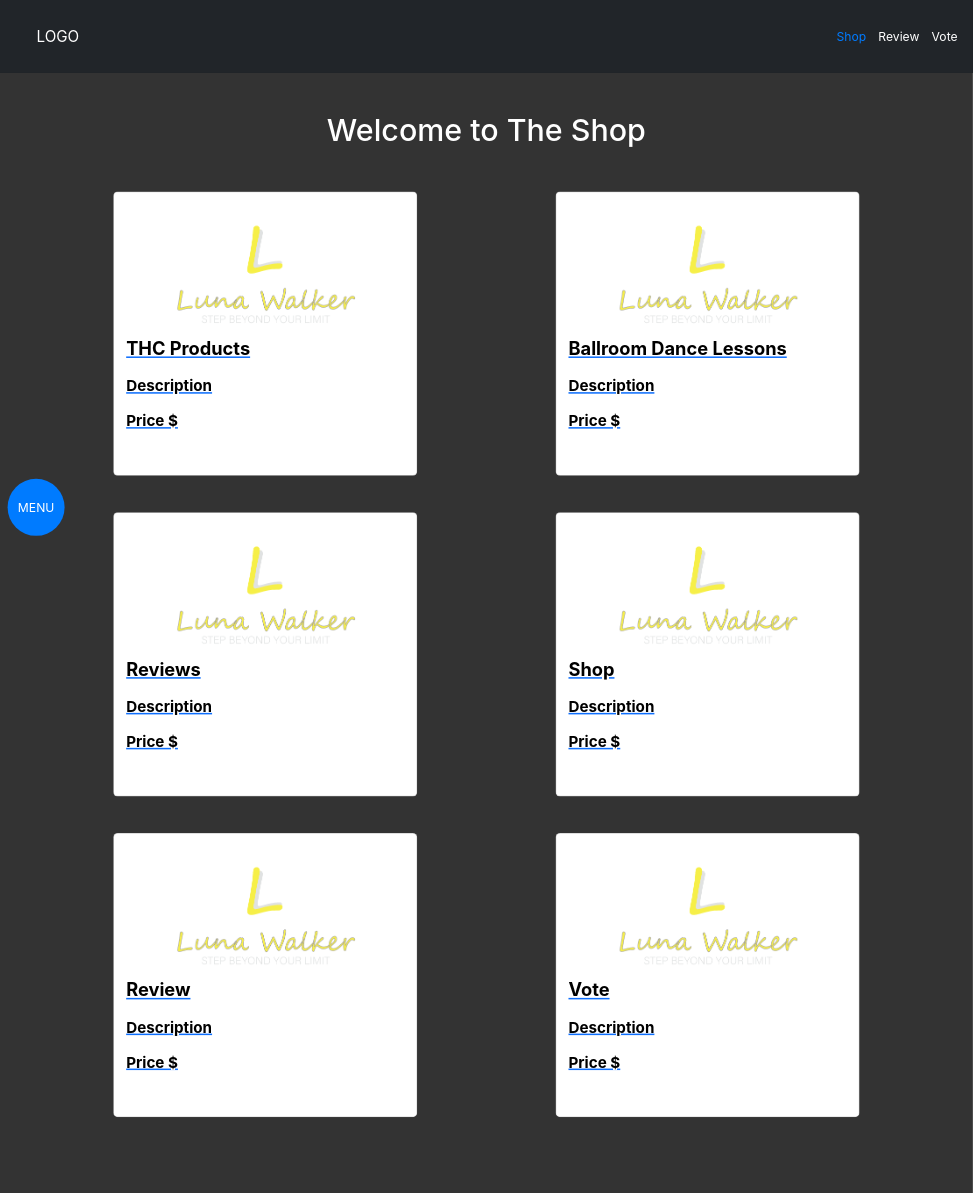
Repository: DragonFruit8/basic-website
Page: /shop
An editor plug-in stored every save of this project. The page is shown before and after the next save, followed by the edit.
The browser window is 1280 px wide. The pictures show the whole page, at 76% of full size.
The project was rebuilt for these pictures with package versions that can differ from the ones it lists, and the page was loaded fresh each time. Also part of the build but not shown: src/sections/MissionSec.js, src/sections/AboutSec.js, src/sections/ServiceSec.js, src/Img/LunaLogo.js, src/sections/SupportSec.js, src/sections/HeroSec.js, src/pages/HomePage.js.

Above is the page before, as saved 2024-06-23 09:44:48.

### public/index.html
<!DOCTYPE html>
<html lang="en">
  <head>
    <meta charset="utf-8" />
    <link rel="icon" href="%PUBLIC_URL%/favicon.ico" />
    <meta name="viewport" content="width=device-width, initial-scale=1" />
    <meta name="theme-color" content="#000000" />
    <meta
      name="description"
      content="Web site created using create-react-app"
    />
    <link rel="apple-touch-icon" href="%PUBLIC_URL%/logo192.png" />
    <!--
      manifest.json provides metadata used when your web app is installed on a
      user's mobile device or desktop. See https://developers.google.com/web/fundamentals/web-app-manifest/
    -->
    <link rel="manifest" href="%PUBLIC_URL%/manifest.json" />
    <link href="https://cdn.jsdelivr.net/npm/bootstrap@5.3.3/dist/css/bootstrap.min.css" rel="stylesheet" integrity="sha384-QWTKZyjpPEjISv5WaRU9OFeRpok6YctnYmDr5pNlyT2bRjXh0JMhjY6hW+ALEwIH" crossorigin="anonymous">
    <!--
      Notice the use of %PUBLIC_URL% in the tags above.
      It will be replaced with the URL of the `public` folder during the build.
      Only files inside the `public` folder can be referenced from the HTML.

      Unlike "/favicon.ico" or "favicon.ico", "%PUBLIC_URL%/favicon.ico" will
      work correctly both with client-side routing and a non-root public URL.
      Learn how to configure a non-root public URL by running `npm run build`.
    -->
    <title>React App</title>
  </head>
  <body>
    <noscript>You need to enable JavaScript to run this app.</noscript>
    <div id="root"></div>
    <!--
      This HTML file is a template.
      If you open it directly in the browser, you will see an empty page.

      You can add webfonts, meta tags, or analytics to this file.
      The build step will place the bundled scripts into the <body> tag.

      To begin the development, run `npm start` or `yarn start`.
      To create a production bundle, use `npm run build` or `yarn build`.
    -->
    <script src="https://cdn.jsdelivr.net/npm/@popperjs/core@2.11.8/dist/umd/popper.min.js" integrity="sha384-I7E8VVD/ismYTF4hNIPjVp/Zjvgyol6VFvRkX/vR+Vc4jQkC+hVqc2pM8ODewa9r" crossorigin="anonymous"></script>
<script src="https://cdn.jsdelivr.net/npm/bootstrap@5.3.3/dist/js/bootstrap.min.js" integrity="sha384-0pUGZvbkm6XF6gxjEnlmuGrJXVbNuzT9qBBavbLwCsOGabYfZo0T0to5eqruptLy" crossorigin="anonymous"></script>
  </body>
</html>

### src/App.js
import React from 'react';
import { BrowserRouter as Router, Routes, Route } from 'react-router-dom';
import './App.css';
import Navbar from './components/Navbar';
import Sidebar from './components/Sidebar';
import HomePage from './pages/HomePage';
import ShopPage from './pages/ShopPage';

function App() {

  return (
    <>
      <Router>
        <Navbar />
        <Sidebar />
        <Routes>
          <Route path="/" element={<HomePage />} />
          <Route path="/shop" element={<ShopPage />} />
        </Routes>
   </Router>
    </>
  );
}

export default App;

### src/App.css
.App {
  text-align: center;
  z-index: -10;
}

.App-logo {
  height: 40vmin;
  pointer-events: none;
  z-index: 0;
}

@media (prefers-reduced-motion: no-preference) {
  .App-logo {
    animation: App-logo-spin infinite 20s linear;
  }
}

.App-header {
  background-color: #282c34;
  min-height: 100vh;
  display: flex;
  flex-direction: column;
  align-items: center;
  justify-content: center;
  font-size: calc(10px + 2vmin);
  color: white;
}

.App-link {
  color: #61dafb;
}
#sidebar {
  display: flex;
  flex-direction: column;
  background-color: transparent !important;
  height: 100%;
  width: 100px;
  position: fixed;
  top: 55px;
  left: 0;
  z-index: 1;
  overflow-x: hidden;
  padding-top: 20px;
  z-index: 10;
  /* rounded corners*/
  border-radius: 100px;

}

#offcanvasNavbar{
  position: fixed;
  margin-top: 55px;
}

#sidebarButton {
  position: absolute;
  bottom: 100px;
  left: 0px;
  width: 75px;
  height: 75px;
  border: none;
  color: white;
  padding: 10px 10px;
  text-align: center;
  text-decoration: none;
  display: inline-block;
  font-size: 16px;
  margin: auto auto -30px 10px;
  cursor: pointer;
  z-index: 100;
  border-radius: 100%;
  background-color: #007bff;
}

#closeButton, .btn-close {
  color: white !important;
  margin-left: 15px;
}
#aboutSec {
  height: 75vh;
}
.offcanvas-body {
 padding: 0 100px 0 100px;
}
#luna {
  position: relative;
  background-size: cover;
  background-repeat: no-repeat;
  background-position: center;
  height: auto;
  width: 250px;
  margin: 0 auto;
}

/* HomePage Hero */
.hero {
  height: 100vh;
  width: 100%;
  display: flex;
  align-items: center;
  color: white !important;
  text-align: center;
  font-size: 2rem;
  font-weight: 700;
  background: url('https://unsplash.com/photos/photo-of-outer-space-Q1p7bh3SHj8');
  background-size: cover;
  background-repeat: no-repeat;
  background-position: center;
  background-color: rgba(0, 0, 0, 0.8);

}
.hero-content
.dropdown-item {
  width: 100%;
  margin: 0 auto;
  color: white;
  background-color: #007bff;
}
.dropdown-item:hover {
  background-color: #0056b3;
  color: white;
}


a.nav-link, a.nav-item {
  color: white !important;
}
a.nav-link, a.nav-item {
 padding: 20px 0 20px 0;
}

a.nav-link:hover, a.nav-item:hover {
  color: #ffd000 !important;
}
a.active {
  color: #007bff !important;
}

/* Shop */
.shop {
  height: auto;
  width: 100%;
  display: flex;
  align-items: center;
  color: white !important;
  text-align: center;
  font-size: 2rem;
  font-weight: 700;
  background-color: rgba(0, 0, 0, 0.8);
  flex-wrap: wrap;
  padding-top: 100px;
  padding-bottom: 100px;
}
#shopItem {
  min-width: 400px;
  margin: 0 auto;
  color: white;
  list-style-type: none;
  padding: 0;
}

@keyframes App-logo-spin {
  from {
    transform: rotate(0deg);
  }
  to {
    transform: rotate(360deg);
  }
}

### src/components/Navbar.js
import React from 'react';
import data from '../../src/data';
// import axio from '../Instance';
// import Button from 'react-bootstrap/Button';
// import Modal from 'react-bootstrap/Modal';


const Navbar = () => {

    // const [email, setEmail] = useState('');
    // const [comment, setComment] = useState('');
    // const [show, setShow] = useState(false);

    // const handleClose = () => setShow(false);
    // const handleShow = () => setShow(true);

    // const clearForm = () => {
    //     setEmail('');
    //     setComment('');
    // };



    // const handleSubmit = (event) => {
    //     event.preventDefault();

    //     axio.post('/comments', {
    //         email,
    //         comment
    //     })
    //         .then(() => {
    //             console.log('Review submitted');
    //         })
    //         .catch((error) => {
    //             console.log(error);
    //         });
    //     clearForm();
    // };

    const path = window.location.pathname;
    return (
        <>
            {/* navbar navbar-expand-lg bg-body-tertiary navbar-dark bg-dark */}
            <nav className="navbar navbar-dark navbar-expand-lg bg-dark fixed-top">
                <div className="container-fluid ps-5">
                    <a className="navbar-brand" href="/">LOGO</a>
                    <button className="navbar-toggler" type="button" data-bs-toggle="collapse" data-bs-target="#navbarNav" aria-controls="navbarNav" aria-expanded="false" aria-label="Toggle navigation">
                        <span className="navbar-toggler-icon"></span>
                    </button>
                    <div className="collapse navbar-collapse" id="navbarNav">
                        <ul className="navbar-nav my-2 ms-auto me-0">
                            <li className="nav-item">
                                <a className={`nav-link ${path === `/${data.link1.b}` ? 'active' : ''}`} aria-current="page" href={`/${data.link1.b}`}>{data.link1.a}</a>
                            </li>
                            <li className="nav-item">
                                <a className={`nav-link ${path === `/${data.link2.b}` ? 'active' : ''}`} aria-current="page" href={`/${data.link2.b}`}>{data.link2.a}</a>
                            </li>
                            <li className="nav-item">
                                <a className={`nav-link ${path === `/${data.link3.b}` ? 'active' : ''}`} aria-current="page" href={`/${data.link3.b}`}>{data.link3.a}</a>
                            </li>
                        </ul>
                        {/* <span id='reviewModal' className="d-flex">
                                <Button variant="primary" onClick={handleShow}>Write a Review</Button>
                            </span> */}
                    </div>
                </div>
            </nav>
            {/* <Modal show={show} onHide={handleClose}>
                <Modal.Header closeButton>
                    <Modal.Title>Modal heading</Modal.Title>
                </Modal.Header>
                <Modal.Body>
                    <div
                        className="modal show"
                        style={{ display: 'block', position: 'initial' }}
                    >
                        <form // onSubmit={handleSubmit}
                        >
                            <div className="form-group">
                                <label htmlFor="email"
                                    className='form-label fs-5'
                                >Email</label>
                                <input
                                    type="email"
                                    id="email"
                                    value={email}
                                    onChange={(event) => setEmail(event.target.value)}
                                    required
                                    className='form-control'
                                />
                            </div>
                            <div className="form-group">
                                <label htmlFor="comment"
                                    className='form-label fs-5'
                                >Comment</label>
                                <textarea
                                    id="comment"
                                    value={comment}
                                    onChange={(event) => setComment(event.target.value)}
                                    required
                                    className='form-control'
                                />
                            </div>
                            <Button type="submit">Submit</Button>
                        </form>
                    </div>
                </Modal.Body>
                <Modal.Footer>
                    <Button variant="secondary" onClick={handleClose}>
                        Close
                    </Button>
                </Modal.Footer>
            </Modal> */}
        </>
    );
}

export default Navbar;

### src/components/Sidebar.js
import React from 'react'

export const canvasButton = () => {
    return (
        <button id='sidebarButton' className="btn btn-primary" type="button" data-bs-toggle="offcanvas" data-bs-target="#offcanvasNavbar" aria-controls="offcanvasNavbar">
        MENU
        </button>
    )
    }
export default function Sidebar() {

    return (
        <div>
            <sidebar id="sidebar" className="navbar bg-body-tertiary fixed-top">
                <div className="container-fluid">
                    <div className="offcanvas offcanvas-start bg-dark" tabindex="-1" id="offcanvasNavbar" aria-labelledby="offcanvasNavbarLabel">

                        <div className="offcanvas-body">
                            <ul className="navbar-nav justify-content-end flex-grow-1 pe-3 mt-5">

                                        <li><a className="nav-link" href="/shop">Shop</a></li>
                                        <li><a className="nav-link" href="/">Review</a></li>
                                        <li>
                                            <hr className="dropdown-divider" />
                                        </li>
                                        <li><a className="nav-link" href="/">Vote</a></li>
                            </ul>
                            {/* <form className="d-flex mt-3" role="search">
                                <input className="form-control me-2" type="search" placeholder="Search" aria-label="Search" />
                                <button className="btn btn-outline-success" type="submit">Search</button>
                            </form> */}
                        </div>
                    <div className="offcanvas-footer d-flex justify-content-start mb-5 ms-3">
                        {/* <h5 className="offcanvas-title" id="offcanvasNavbarLabel"></h5> */}
                        <button id='close' type="button" className="btn-close" data-bs-dismiss="offcanvas" aria-label="Close"></button>
                    </div>
                    </div>
                </div>
                {
                    canvasButton()
                }
            </sidebar>


        </div>
    )
}

### src/pages/ShopPage.js
import React from 'react';
import data from '../../src/data';
import ProductImage from '../../src/Img/ProductImage';

const ShopPage = () => {
    return (
        <section className="shop">
                <div className="container">
                    <div className="row justify-content-center my-5">
                        <div className="col-lg-6">
                            <div className="hero-content">
                                <h1>Welcome to The Shop</h1>
                            </div>
                        </div>
                    </div>
                </div>
            <div className="container">
                <div className="row">
                    <div className="d-flex col flex-wrap gap-5">
                        {
                            Object.keys(data).map((key, index) => {
                                return (
                                    <ul id="shopItem" className="card">
                                            <a href={`/${data[key].b}`} className="d-flex justify-content-start mb-2">
                                        <li key={index} className='list-unstyled mt-3 mb-3 card-body' style={{ fontSize: '1.5rem' }}>
                                                <ProductImage />
                                            <p className="d-flex justify-content-start text-black fs-4">{data[key].a}</p>
                                                {/* {data[key].a} */}
                                            <p className="d-flex justify-content-start text-black fs-5">Description</p>
                                            <p className="d-flex justify-content-start text-black fs-5">Price $</p>
                                        </li>
                                            </a>
                                    </ul>
                                );
                            })
                        }
                    </div>
                </div>
            </div>
        </section>
    );
};

export default ShopPage;

### src/data.js
const data = {
    thcProductsLink: { a: 'THC Products', b: 'thc-products' },
    ballroomDanceLessonsLink: { a: 'Ballroom Dance Lessons', b: 'ballroom-dance-lessons' },
    reviewsLink: { a: 'Reviews', b: 'reviews' },
    link1: { a: 'Shop', b: 'shop' },
    link2: { a: 'Review', b: 'review' },
    link3: { a: 'Vote', b: 'vote' }
};

export default data;

### src/Img/ProductImage.js
import React from 'react'
import '../../src/Img/Luna_logo.png'
const ProductImage = () => {
    const productImg = require('../../src/Img/Luna_logo.png')
    return (
        <div>
            <img
                id='luna'
                src={productImg}
                alt="placeholder"
                className="img-fluid"
                width="50px"
                height="50px"
                />
        </div>
    )
}

export default ProductImage

Loaded but not shown: src/index.js (common file); src/index.css (common file); src/reportWebVitals.js (common file)

After the next save:
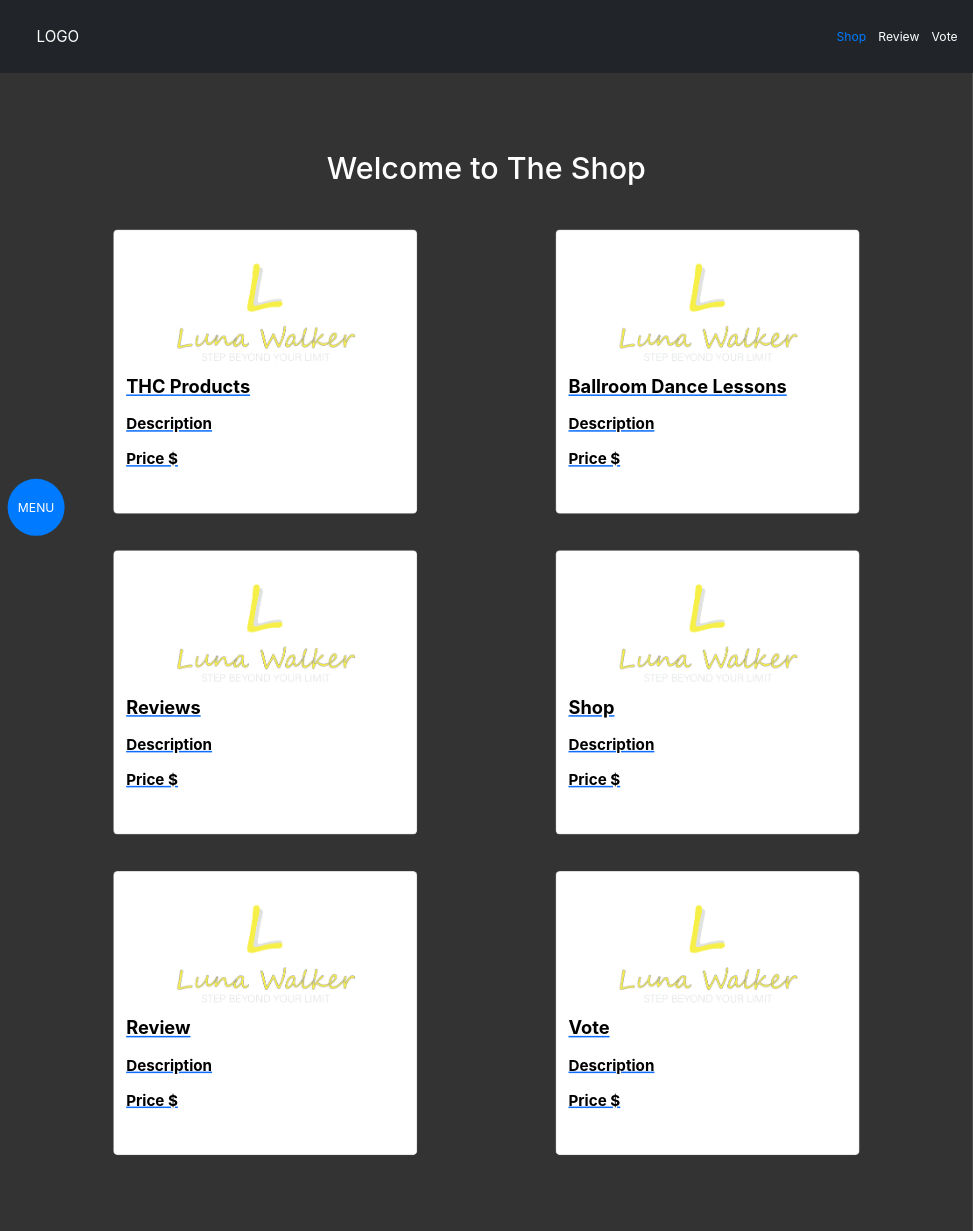
Saved 5 s later.
--- a/src/App.css
+++ b/src/App.css
@@ -148,7 +148,7 @@
   font-weight: 700;
   background-color: rgba(0, 0, 0, 0.8);
   flex-wrap: wrap;
-  padding-top: 100px;
+  padding-top: 150px;
   padding-bottom: 100px;
 }
 #shopItem {

After the 2 saves that followed:
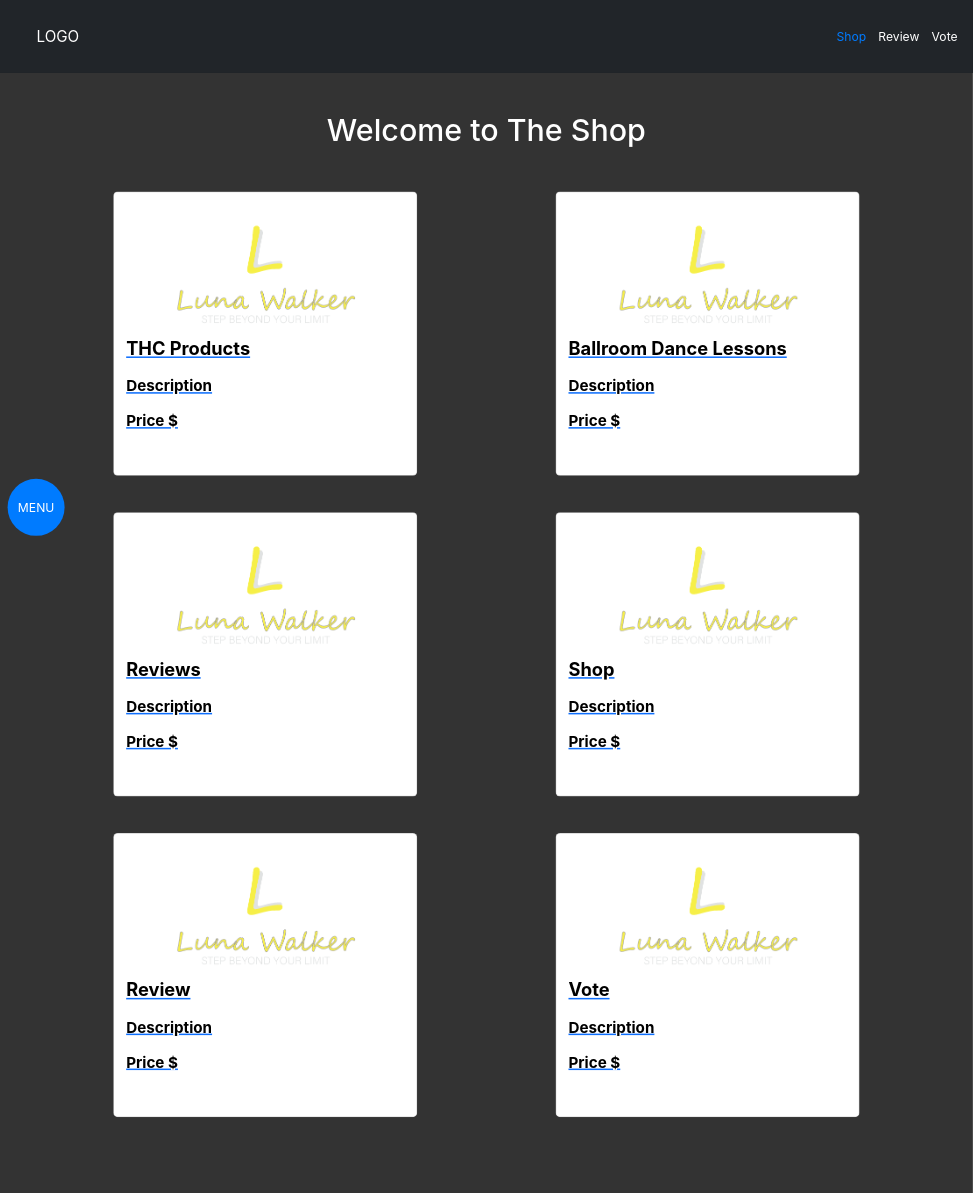
The 2 saves are shown as one change because they came seconds apart.
The last was saved 12 s later.
--- a/src/App.css
+++ b/src/App.css
@@ -148,7 +148,7 @@
   font-weight: 700;
   background-color: rgba(0, 0, 0, 0.8);
   flex-wrap: wrap;
-  padding-top: 150px;
+  padding-top: 100px;
   padding-bottom: 100px;
 }
 #shopItem {
